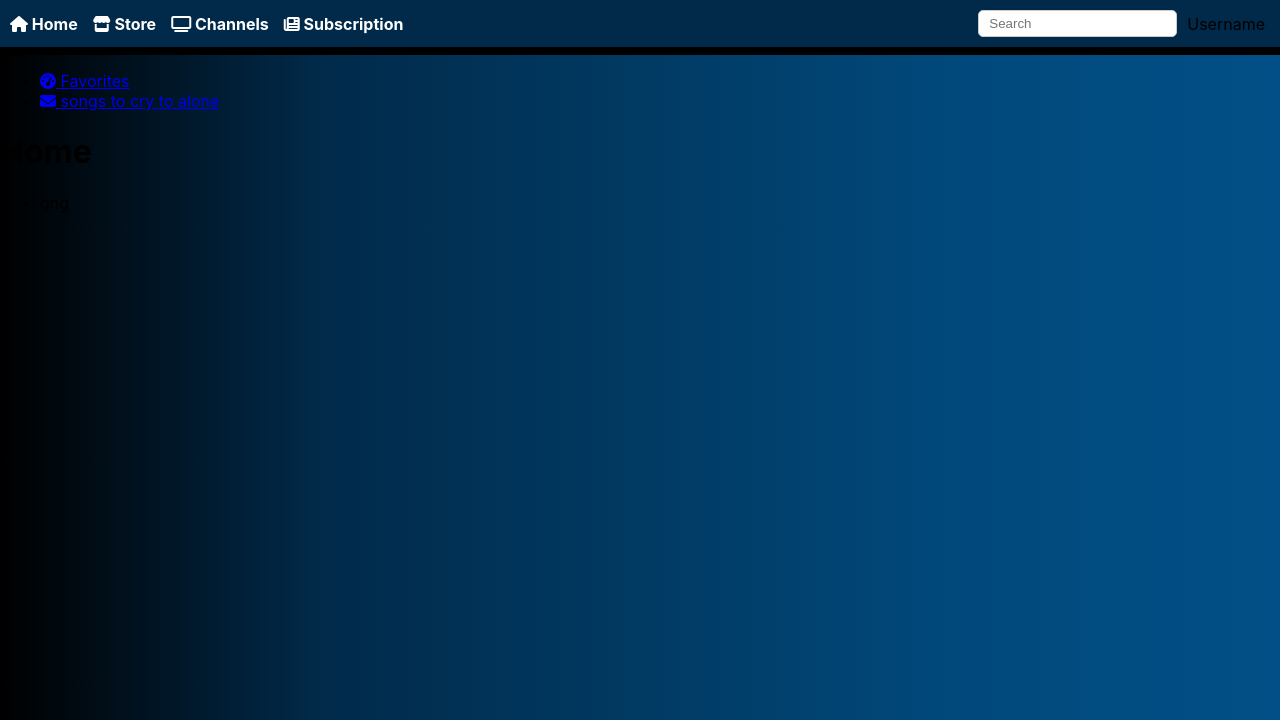
Repository: gordonnrat/group-2-project
Page: / (app in source-code/)
These files come from the project's save history. The page is drawn as it stood at one moment and after a run of saves; the edit follows.
The browser window is 1280 px wide. The pictures show the whole page.
The project was rebuilt for these pictures with package versions that can differ from the ones it lists, and the page was loaded fresh each time. Also part of the build but not shown: source-code/src/App.css, source-code/src/App.js, source-code/src/components/pages/Login.js.

Above is the page before, as saved 2023-07-21 11:01:49.

After the next 2 saves:
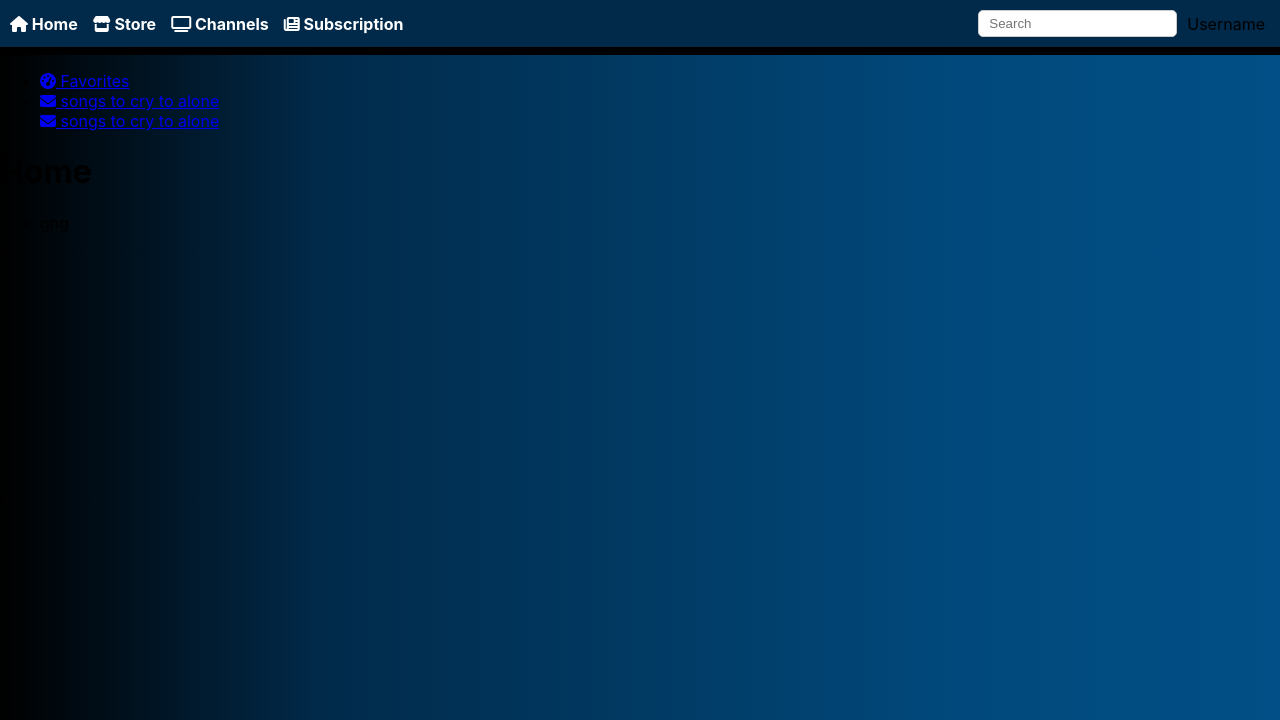
The 2 saves are shown as one change because 1 did not build or start.
The last was saved 40 s later.
--- a/source-code/src/components/Navbar.js
+++ b/source-code/src/components/Navbar.js
@@ -56,6 +56,12 @@ function Navbar() {
           {/* Add more sidebar items as needed */}
 
 
+          <Link to="/songs to cry to alone">
+              <i className="fas fa-envelope"></i> songs to cry to alone
+            </Link>
+
+
+
 
 
 
